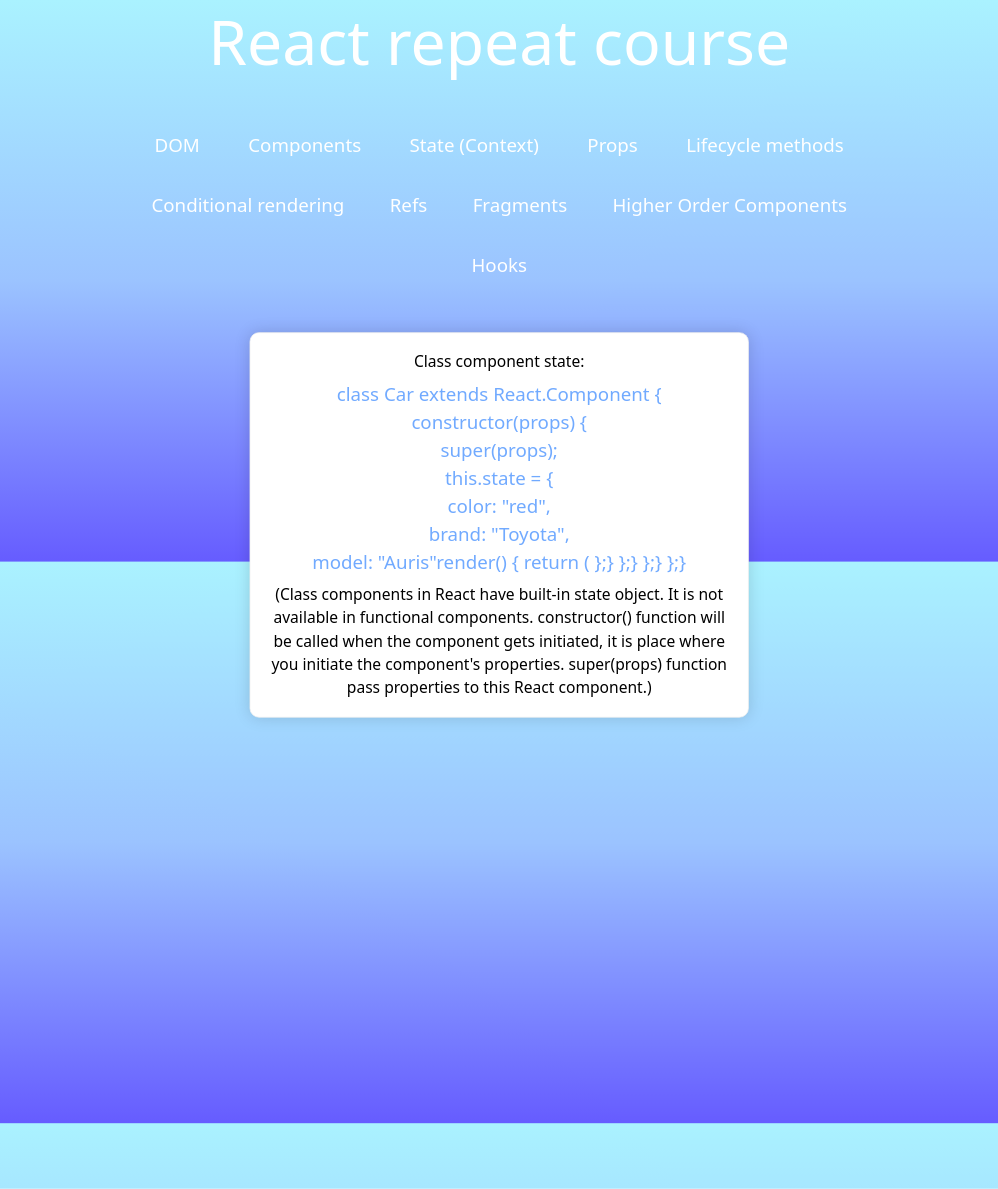
Repository: michalgornicki/github
Page: /#/State
These files come from the project's save history. The page is drawn as it stood at one moment and after the next save; the edit follows.
The browser window is 1280 px wide. The pictures show the whole page, at 78% of full size.
Backgrounds fixed to the window are drawn as part of the page. The project was rebuilt for these pictures with package versions that can differ from the ones it lists, and the page was loaded fresh each time. Also part of the build but not shown: src/components/dom.jsx, src/components/components.jsx, src/components/props.jsx, src/components/lifecycle.jsx, src/components/conditional.jsx, src/components/refs.jsx, src/components/fragments.jsx, src/components/hoc.jsx and 1 more.

Above is the page before, as saved 2022-02-07 12:58:48.

### src/App.jsx
import React from "react";
import "./App.css";
import "bootstrap/dist/css/bootstrap.min.css";
import { Route, HashRouter as Router, Routes, Link } from "react-router-dom";
import DOM from "./components/dom.jsx";
import Components from "./components/components.jsx";
import State from "./components/state.jsx";
import Props from "./components/props.jsx";
import Lifecycle from "./components/lifecycle.jsx";
import Conditional from "./components/conditional.jsx";
import Refs from "./components/refs.jsx";
import Fragments from "./components/fragments.jsx";
import HOC from "./components/hoc.jsx";
import Hooks from "./components/hooks.jsx";

const App = () => {
  return (
    <Router>
      <div className="text-center">
        <div className="display-1 mt-1 mb-5 text-white">React repeat course</div>

        <div className="h4 d-flex w-75 m-auto my-5 justify-content-evenly flex-wrap text-white">
          <Link className="link-style m-3" to="/">
            DOM
          </Link>
          <Link className="link-style m-3" to="/Components">
            Components
          </Link>
          <Link className="link-style m-3" to="/State">
            State (Context)
          </Link>
          <Link className="link-style m-3" to="/Props">
            Props
          </Link>
          <Link className="link-style m-3" to="/Lifecycle">
            Lifecycle methods
          </Link>
          <Link className="link-style m-3" to="/Conditional">
            Conditional rendering
          </Link>
          <Link className="link-style m-3" to="/Refs">
            Refs
          </Link>
          <Link className="link-style m-3" to="/Fragments">
            Fragments
          </Link>
          <Link className="link-style m-3" to="/HOC">
            Higher Order Components
          </Link>
          <Link className="link-style m-3" to="/Hooks">
            Hooks
          </Link>
        </div>

        <Routes>
          <Route path="/" element={<DOM />} />
          <Route path="/Components" element={<Components />} />
          <Route path="/State" element={<State />} />
          <Route path="/Props" element={<Props />} />
          <Route path="/Lifecycle" element={<Lifecycle />} />
          <Route path="/Conditional" element={<Conditional />} />
          <Route path="/Refs" element={<Refs />} />
          <Route path="/Fragments" element={<Fragments />} />
          <Route path="/HOC" element={<HOC />} />
          <Route path="/Hooks" element={<Hooks />} />
        </Routes>
      </div>
    </Router>
  );
};

export default App;

### src/App.css
@import url('https://fonts.googleapis.com/css2?family=Catamaran:wght@400&display=swap');

body{
    font-family: 'Catamaran', sans-serif;
    overflow-x: hidden;
    padding-bottom: 80vh;
    height: auto;
    background: linear-gradient(rgb(170, 242, 255), rgb(155, 195, 255), rgb(102, 92, 255));
    background-attachment: fixed;
}

.js-item{
    color:rgb(0, 0, 0);
    font-size: 1.25rem;
    background-color: white;
    transition: 0.2s;
    padding: 3vh;
    margin-bottom: 4vh!important;
    border: 1px solid rgb(240, 240, 240);
    width: 50%;
    margin-left: auto;
    margin-right: auto;
    box-shadow: 0px 0px 20px rgba(0, 0, 0, 0.15);
    border-radius: 0.75rem;
}

.js-item:hover{
    cursor: pointer;
    background-color: rgb(240, 240, 240);
}

.text-color{
    margin: auto;
    padding: 0.5rem;
    width: fit-content;
    color:rgb(113, 170, 255)!important;
    font-size: 1.5rem;
    border-radius: 1rem;
}

.link-style{
    color: inherit;
    text-decoration: inherit;
    padding: 0.5rem;
    border-radius: 0.5rem;
}

.link-style:hover{
    color: rgb(113, 170, 255);
    text-decoration: inherit;
}

@media only screen and (max-device-width: 600px), (max-width: 600px) {

    .js-item{
        width: 95%;
    }

}

### src/components/state.jsx
const State = () => {
  return (
    <div className="">
      <div className="js-item">
        {" "}
        <div className="">Class component state: </div>
        <div className="text-color">
          {`class Car extends React.Component {`} <br />
          {`constructor(props) {`} <br />
          {`super(props);`}{" "} <br />
          {`this.state = {`} <br />
          {`color: "red",`} <br />
          {`brand: "Toyota",`} <br />
          {`model: "Auris"`}
          {`render() {`}{" "}
          {`return (`}{" "}
          {`};}`}{" "}
          {`};}`}{" "}
          {`};}`}{" "}
          {`};}`}{" "}
        </div>{" "}
        (Class components in React have built-in state object. It is not available in functional components. constructor() function will be called when the component gets initiated, it is place where you initiate the component's properties. super(props) function pass properties to this React component.)
      </div>
    </div>
  );
};

export default State;

Loaded but not shown: public/index.html (common file); src/index.js (common file); src/index.css (common file); src/reportWebVitals.js (common file)

After the next save:
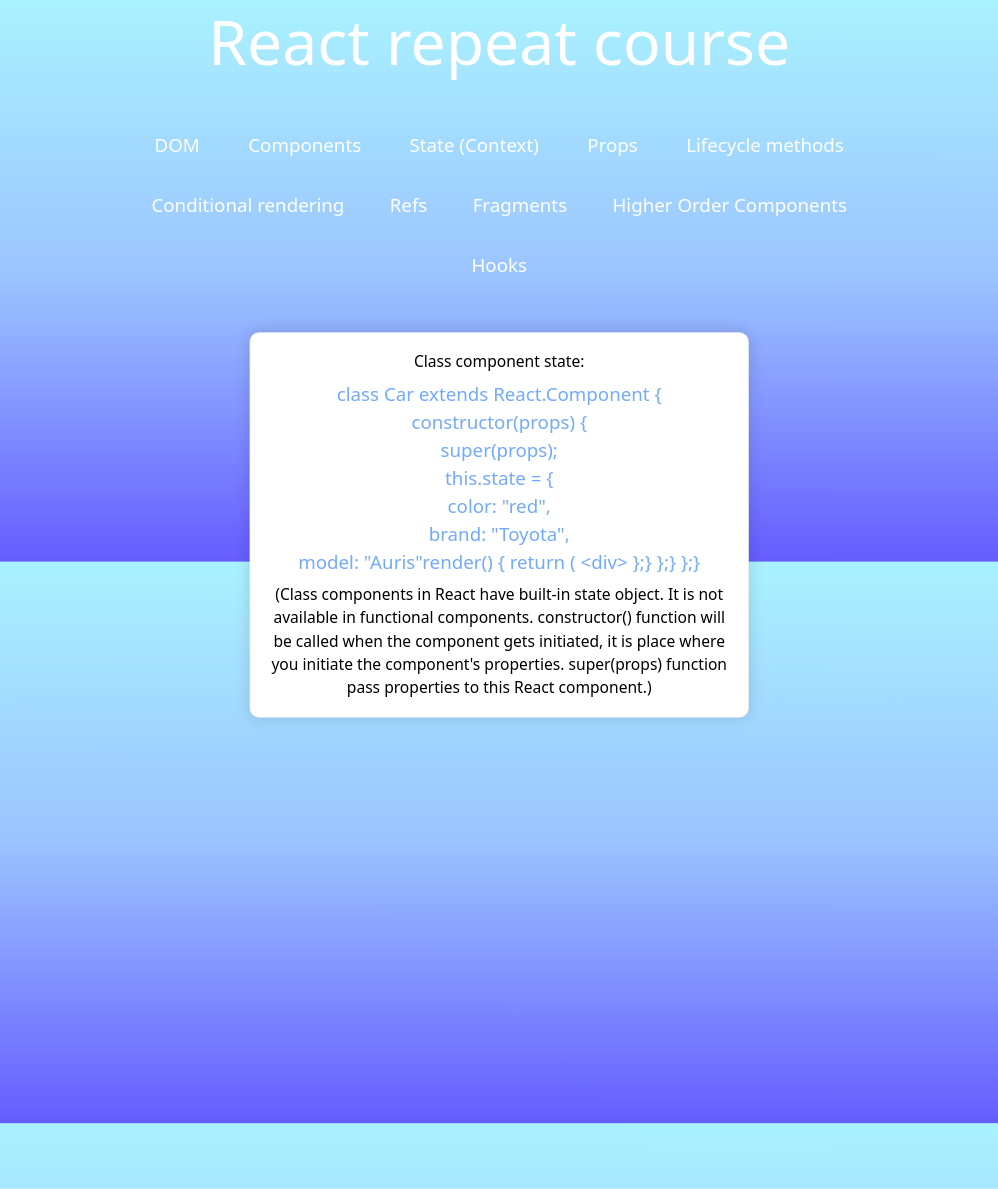
Saved 11 s later.
--- a/src/components/state.jsx
+++ b/src/components/state.jsx
@@ -14,7 +14,7 @@
           {`model: "Auris"`}
           {`render() {`}{" "}
           {`return (`}{" "}
-          {`};}`}{" "}
+          {`<div>`}{" "}
           {`};}`}{" "}
           {`};}`}{" "}
           {`};}`}{" "}
